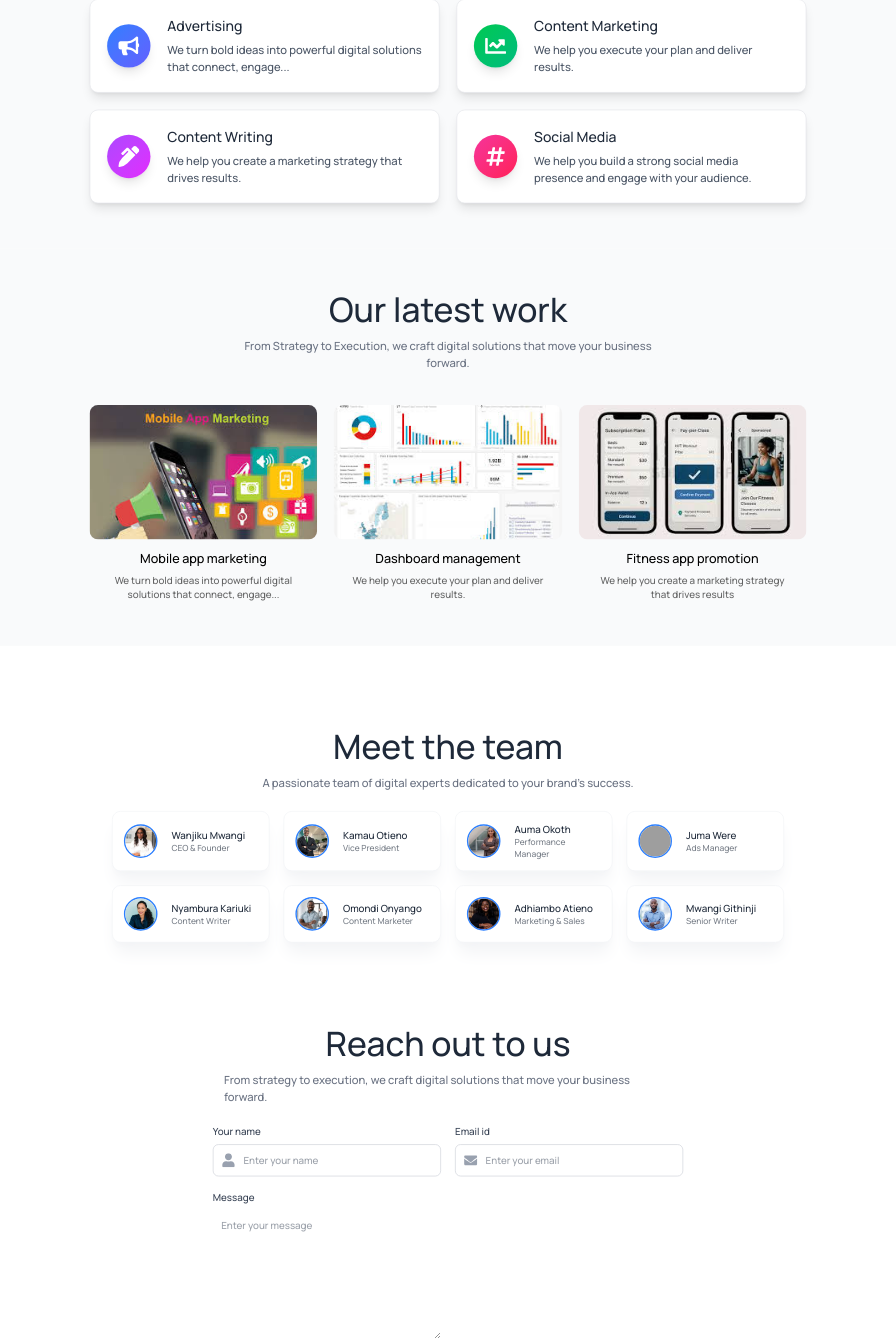
Repository: Prolenzy/magex
Page: /
An editor plug-in stored every save of this project. The page is shown before and after the next save, followed by the edit.
The browser window is 1280 px wide. The pictures show the part of the page from y = 1332 to 3252 px (the page is 3250 px tall before and 3252 px after), at 70% of full size.
Pictures or frames that could not be fetched are drawn as grey boxes. The project was rebuilt for these pictures with package versions that can differ from the ones it lists, and the page was loaded fresh each time. Also part of the build but not shown: vite.config.js.

Above is the page before, as saved 2025-08-17 03:27:57.

### index.html
<!doctype html>
<html lang="en" class="scroll-smooth">
  <head>
    <meta charset="UTF-8" />
    <link rel="icon" type="image/svg+xml" href="/touch-icon.png" />
    <meta name="viewport" content="width=device-width, initial-scale=1.0" />
    <title>Magex | Digital Experiences Powered by Imagination</title>
  </head>
  <body>
    <div id="root"></div>
    <script type="module" src="/src/main.jsx"></script>
  </body>
</html>

### src/index.css
@import url('https://fonts.googleapis.com/css2?family=Manrope:wght@200..800&display=swap');

@import "tailwindcss";

/* @custom-variant dark (&:where(.dark, .dark *)); */

*{
  font-family: "Manrope", sans-serif;
  font-weight: 500;
}

@theme {
  --color-primary: #5044E5;
}

### src/App.jsx
import React from 'react'
import Navbar from './components/Navbar'
import Hero from './components/Hero'
import Trustedby from './components/Trustedby'
import Services from './components/Services'
import OurWork from './components/OurWork'
import Teams from './components/Teams'
import ContactUs from './components/ContactUs'

const App = () => {
  return (
    <div>
      <Navbar />
      <Hero />
      <Trustedby />
      <Services />
      <OurWork />
      <Teams />
      <ContactUs />
    </div>
  )
}

export default App

### src/components/Navbar.jsx
import React, { useState } from 'react'

const Navbar = () => {

    const [sidebarOpen, setSidebarOpen] = useState(false)
  return (
    <div className='flex justify-between items-center px-4 sm:px-12 lg:px-24 xl:px-40 py-4
    sticky top-0 z-20 backdrop-blur-xl font-medium bg-white/50 dark:bg-gray-900/70'>

        <img src='/dox1.png' className='w-32 sm:w-40' alt=''/>

        <div className={`text-gray-700 sm:text-sm ${!sidebarOpen ? 'max-sm:w-0 overflow-hidden' :
        'max-sm:w-60 max-sm:pl-10'} max-sm:fixed top-0 bottom-0 right-0 max-sm:min-h-screen
        max-sm:h-full max-sm:flex-col max-sm:bg-primary max-sm:text-white max-sm:pt-20
        flex sm:items-center gap-5 transition-all`}>

             <img src='/ter1.png' alt='' className='w-5 absolute right-4 top-4 sm:hidden'
             onClick={() => setSidebarOpen(false)}/>

            <a onClick={() => setSidebarOpen(false)} href='#' className='sm:hover:border-b'>Home</a>
            <a onClick={() => setSidebarOpen(false)} href='#services' className='sm:hover:border-b'>services</a>
            <a onClick={() => setSidebarOpen(false)} href='#our-work' className='sm:hover:border-b'>Our Work</a>
            <a onClick={() => setSidebarOpen(false)} href='#contact-us' className='sm:hover:border-b'>Contact Us</a>
        </div>
        <div className='flex items-center gap-2 sm:gap-4'>

            <img src='/2001.png' alt='' onClick={() => setSidebarOpen(true)}
            className='w-8 sm:hidden' />
            <a href='#contact-us' className='text-sm max-sm:hidden flex items-center gap-2
            bg-primary text-white px-6 py-2 rounded-full cursor-pointer
            hover:scale-103 transition-all'>
                Connect <img src='/vay1.png' width={14} alt=''/>
            </a>
        </div>
    </div>
  )
}

export default Navbar

### src/components/Hero.jsx
import React from 'react'

const Hero = () => {
  return (
    <div id='hero' className='flex flex-col items-center gap-6 py-20 px-4 sm:px-12 lg:px-24
    xl:px-40 text-center w-full overflow-hidden text-gray-700'>

        <h1 className='text-4xl sm:text-5xl md:text-6xl xl:text-[84px] font-medium xl-leading-[95px]
        max-w-5xl'>
            Turning imaginations into <span className='bg-gradient-to-r from-[#5044e5]
            to-[#4d8cea] bg-clip-text text-transparent'>digital</span> impact.
        </h1>

        <p className='text-sm sm:text-lg font-medium text-gray-500 dark:text-white/75
        max-w-4/5 sm:max-w-lg pm-3'>Creating meaningful connections and turning big ideas
        into interactive digital
            experiences.</p>

            <div className='relative'>
                <img src='/macbook1.png' alt='' className='w-full max-w-6xl'/>
            </div>
    </div>
  )
}

export default Hero

### src/components/Trustedby.jsx
import React from 'react'

const Trustedby = () => {
    const company_logos = [
    '/Amazon1.png',
    '/fedex1.png',
    '/Hyundai1.png',
    '/mobil1.png',
    '/Nivea1.png',
    '/rolex1.png'
  ];
  return (
    <div className='flex flex-col items-center px-4 sm:px-12 lg:px-24 xl:px-40 gap-10
    text-gray-700 dark:text-white/80'>
        <h2 className='font-semibold'>Trusted by Leading Companies</h2>
        <div className='flex items-center justify-center flex-wrap gap-10 m-4'>
            {company_logos.map((logo, index) => (
                <img key={index} src={logo} alt={`Company Logo ${index + 1}`} className='max-h-10
                sm:max-h-12 md:max-h-14 dark:drop-shadow-1xl object-contain' />
            ))}
        </div>
    </div>
  )
}

export default Trustedby

### src/components/Services.jsx
import React from 'react';
import Title from './Title';
import {
  FaBullhorn, FaChartLine, FaPenAlt, FaHashtag
} from 'react-icons/fa';
import ServiceCard from './ServiceCard';

const Services = () => {
  const servicesData = [
    {
      title: 'Advertising',
      description: 'We turn bold ideas into powerful digital solutions that connect, engage...',
      icon: <FaBullhorn className="text-3xl" />,
      color: 'from-blue-500 to-indigo-500'
    },
    {
      title: 'Content Marketing',
      description: 'We help you execute your plan and deliver results.',
      icon: <FaChartLine className="text-3xl" />,
      color: 'from-green-500 to-emerald-500'
    },
    {
      title: 'Content Writing',
      description: 'We help you create a marketing strategy that drives results.',
      icon: <FaPenAlt className="text-3xl" />,
      color: 'from-purple-500 to-fuchsia-500'
    },
    {
      title: 'Social Media',
      description: 'We help you build a strong social media presence and engage with your audience.',
      icon: <FaHashtag className="text-3xl" />,
      color: 'from-pink-500 to-rose-500'
    }
  ];

  return (
    <section id='services' className='relative py-16 px-4 sm:px-8 lg:px-16 xl:px-32 bg-gray-50 dark:bg-gray-900'>
      <div className='max-w-7xl mx-auto flex flex-col items-center'> {/* Centered container */}
        <div className='w-full text-center mb-12'> {/* Full width but centered content */}
          <Title
            title='How can we help?'
            desc='From strategy to execution, we craft digital solutions that move your business forward.'
          />
        </div>

        <div className='grid grid-cols-1 md:grid-cols-2 gap-6 w-full'>
          {servicesData.map((service, index) => (
            <ServiceCard
              key={index}
              service={service}
              index={index}
            />
          ))}
        </div>
      </div>
    </section>
  );
};

export default Services;

### src/components/OurWork.jsx
import React from 'react'
import Title from './Title'

const OurWork = () => {
    const workData = [
        {
            title: 'Mobile app marketing',
            description: 'We turn bold ideas into powerful digital solutions that connect, engage...',
            image: '/mobile.jpeg'
        },
        {
            title: 'Dashboard management',
            description: 'We help you execute your plan and deliver results.',
            image: '/dashboard.jpeg'
        },
        {
            title: 'Fitness app promotion',
            description: 'We help you create a marketing strategy that drives results',
            image: '/fitness.jpeg'
        }
    ]

    return (
        <section id='our-work' className='py-16 px-4 sm:px-8 lg:px-16 xl:px-32 bg-gray-50 dark:bg-gray-900'>
            <div className='max-w-7xl mx-auto'>
                {/* Centered Title Section */}
                <div className='text-center mb-12'>
                    <Title
                        title='Our latest work'
                        desc='From Strategy to Execution, we craft digital solutions that move your business forward.'
                    />
                </div>

                {/* Centered Work Grid */}
                <div className='flex justify-center'>
                    <div className='grid sm:grid-cols-2 lg:grid-cols-3 gap-6 w-full max-w-5xl'>
                        {workData.map((work, index) => (
                            <div
                                key={index}
                                className='hover:scale-102 duration-500 transition-all cursor-pointer group text-center'
                            >
                                <div className='overflow-hidden rounded-xl mx-auto w-full'>
                                    <img
                                        src={work.image}
                                        className='w-full h-48 object-cover group-hover:scale-105 transition-transform duration-300'
                                        alt={work.title}
                                    />
                                </div>
                                <h3 className='mt-3 mb-2 text-lg font-semibold'>{work.title}</h3>
                                <p className='text-sm opacity-60 px-4'>{work.description}</p>
                            </div>
                        ))}
                    </div>
                </div>
            </div>
        </section>
    )
}

export default OurWork;

### src/components/Teams.jsx
import React from 'react';
import Title from './Title';

const Teams = () => {
  const teamData = [
    {
      name: 'Wanjiku Mwangi',
      title: 'CEO & Founder',
      image: '/wanjiku-ceo.jpeg' // Kenyan female executive
    },
    {
      name: 'Kamau Otieno',
      title: 'Vice President',
      image: '/kamau-vp.jpeg' // Kenyan male professional
    },
    {
      name: 'Auma Okoth',
      title: 'Performance Manager',
      image: '/auma-pm.jpeg' // Kenyan female manager
    },
    {
      name: 'Juma Were',
      title: 'Ads Manager',
      image: '/juma-ads.jpeg' // Kenyan male marketer
    },
    {
      name: 'Nyambura Kariuki',
      title: 'Content Writer',
      image: '/nyambura-writer.jpeg' // Kenyan female writer
    },
    {
      name: 'Omondi Onyango',
      title: 'Content Marketer',
      image: '/omondi-marketer.jpeg' // Kenyan male professional
    },
    {
      name: 'Adhiambo Atieno',
      title: 'Marketing & Sales',
      image: '/adhiambo-sales.jpeg' // Kenyan female sales executive
    },
    {
      name: 'Mwangi Githinji',
      title: 'Senior Writer',
      image: '/mwangi-senior-writer.jpeg' // Kenyan male senior professional
    }
  ];

  return (
    <div className='flex flex-col items-center gap-7 px-4 sm:px-12 lg:px-24 xl:px-40 pt-30 text-gray-800 dark:text-gray-100'>
      <Title
        title='Meet the team'
        desc="A passionate team of digital experts dedicated to your brand's success."
      />
      <div className='grid grid-cols-2 md:grid-cols-3 xl:grid-cols-4 gap-5 w-full'>
        {teamData.map((team, index) => (
          <div
            key={index}
            className='flex max-sm:flex-col items-center gap-5 p-4 rounded-xl border border-gray-100 dark:border-gray-700 bg-white dark:bg-gray-800 shadow-xl shadow-gray-100 dark:shadow-gray-900 hover:scale-103 transition-all duration-400'
          >
            <img
              src={team.image}
              className='w-12 h-12 rounded-full object-cover border-2 border-blue-500'
              alt={`${team.name}, ${team.title}`}
            />
            <div className='flex-1'>
              <h3 className='font-bold text-sm'>{team.name}</h3>
              <p className='text-xs opacity-60 dark:opacity-80'>{team.title}</p>
            </div>
          </div>
        ))}
      </div>
    </div>
  );
};

export default Teams;

### src/components/ContactUs.jsx
import React from 'react'
import Title from './Title'
import { FaEnvelope, FaUser } from 'react-icons/fa'; // Import the icon

const ContactUs = () => {
  return (
    <div id='contact-us' className='flex flex-col items-center gap-7 px-4 sm:px-12 lg:px-24 xl:px-40 pt-30
    text-gray-700'>
        <Title title='Reach out to us' desc='From strategy to execution, we craft digital solutions that move your
        business forward.' />

        <form className='grid sm:grid-cols-2 gap-3 sm:gap-5 max-w-2xl w-full'>
            <div>
                <p className='mb-2 text-sm font-medium'>Your name</p>
                <div className='flex items-center pl-3 rounded-lg border border-gray-300'>
                    {/* Use the React icon component instead of the img tag */}
                    <FaUser className='text-gray-400' size={20} />
                    <input
                        type='text'
                        placeholder='Enter your name'
                        className='w-full p-3 text-sm outline-none' required
                    />
                </div>
            </div>

            <div>
                <p className='mb-2 text-sm font-medium'>Email id</p>
                <div className='flex items-center pl-3 rounded-lg border border-gray-300'>
                    {/* Use the React icon component instead of the img tag */}
                    <FaEnvelope className='text-gray-400' size={20} />
                    <input
                        type='email'
                        placeholder='Enter your email'
                        className='w-full p-3 text-sm outline-none' required
                    />
                </div>
            </div>
            <div>
                <p className='mb-2 text-sm font-medium'>Message</p>
                <textarea rows={8} placeholder='Enter your message' className='w-full p-3 text-sm outline-none rounded' />
            </div>
        </form>
    </div>
  )
}

export default ContactUs;

### src/components/Title.jsx
import React from 'react';

const Title = ({title, desc}) => {
  return (
    <div className='flex flex-col items-center'> {/* Ensures centering */}
      <h2 className='text-3xl sm:text-5xl font-medium text-gray-800 dark:text-white mb-4'>
        {title}
      </h2>
      <p className='max-w-2xl text-gray-500 dark:text-white/75 px-4'>
        {desc}
      </p>
    </div>
  );
};

export default Title;

### src/components/ServiceCard.jsx
import React, { useState, useRef } from 'react';

const ServiceCard = ({ service, index }) => {
  const [position, setPosition] = useState({ x: 0, y: 0 });
  const [visible, setVisible] = useState(false);
  const divRef = useRef(null);

  const handleMouseMove = (e) => {
    const bounds = divRef.current.getBoundingClientRect();
    setPosition({
      x: e.clientX - bounds.left,
      y: e.clientY - bounds.top
    });
  };

  return (
    <div
      ref={divRef}
      onMouseMove={handleMouseMove}
      onMouseEnter={() => setVisible(true)}
      onMouseLeave={() => setVisible(false)}
      className="relative h-full overflow-hidden rounded-xl border border-gray-200 dark:border-gray-700 shadow-lg hover:shadow-xl transition-all duration-300 bg-white dark:bg-gray-800"
    >
      {/* Animated gradient background */}
      <div
        className={`absolute inset-0 bg-gradient-to-br ${service.color} opacity-0 transition-opacity duration-500 ${visible ? 'opacity-10' : ''}`}
        style={{
          transform: `translate(calc(${position.x}px - 50%), calc(${position.y}px - 50%)`,
          backgroundPosition: `${position.x}px ${position.y}px`
        }}
      />

      {/* Content */}
      <div className="relative z-10 p-6 h-full flex flex-col sm:flex-row items-center gap-6">
        <div className={`p-4 rounded-full bg-gradient-to-br ${service.color} text-white shadow-lg`}>
          {service.icon}
        </div>

        <div className="flex-1">
          <h3 className="text-xl font-bold text-gray-800 dark:text-white mb-2">
            {service.title}
          </h3>
          <p className="text-gray-600 dark:text-gray-300">
            {service.description}
          </p>
        </div>
      </div>
    </div>
  );
};

export default ServiceCard;

Loaded but not shown: src/main.jsx (common file)

After the next save:
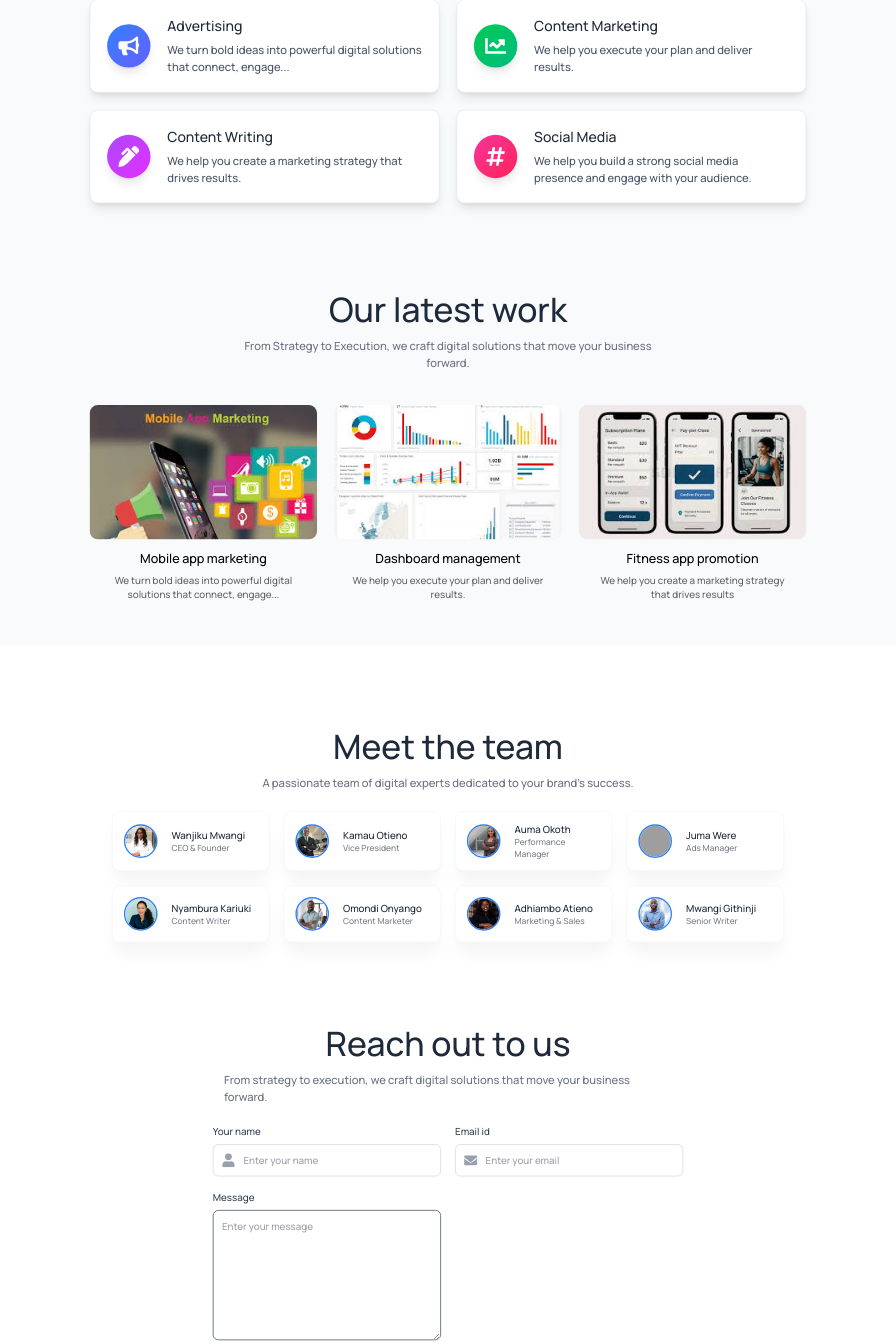
Saved 10 s later.
--- a/src/components/ContactUs.jsx
+++ b/src/components/ContactUs.jsx
@@ -37,7 +37,7 @@ const ContactUs = () => {
             </div>
             <div>
                 <p className='mb-2 text-sm font-medium'>Message</p>
-                <textarea rows={8} placeholder='Enter your message' className='w-full p-3 text-sm outline-none rounded' />
+                <textarea rows={8} placeholder='Enter your message' className='w-full p-3 text-sm outline-none rounded-lg border border-gr' />
             </div>
         </form>
     </div>
